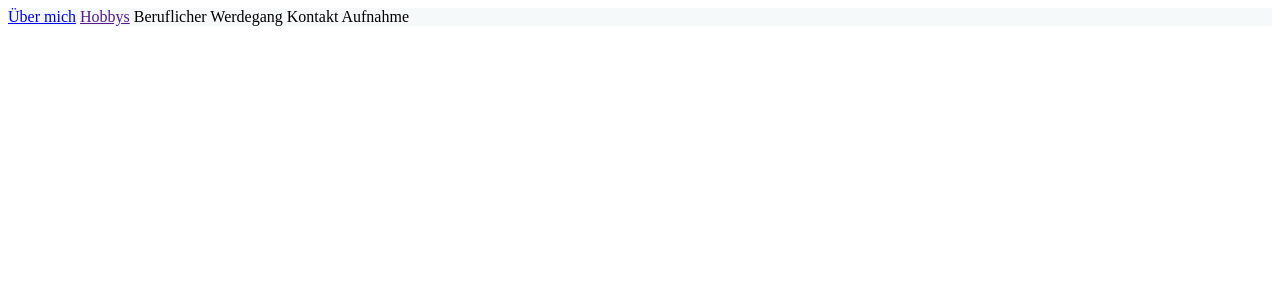
Repository: Ava-VictoriaCrivello/website
Page: index.html
These files come from the project's save history. The page is drawn as it stood at one moment and after the next save; the edit follows.
The browser window is 1280 px wide. The pictures show the whole page.

Above is the page before, as saved 2022-05-29 11:44:30.

### index.html
<!DOCTYPE html>
<html lang="en">
  <head>
    <meta charset="UTF-8" />
    <meta http-equiv="X-UA-Compatible" content="IE=edge" />
    <meta name="viewport" content="width=device-width, initial-scale=1.0" />
    <title>website</title>
    <link rel="stylesheet" href="style.css" />
  </head>
  <body>

    <header>

                <a class="button" href="#Übermich">Über mich</a>
                <a class="button" href="">Hobbys</a>
                <a class="button">Beruflicher Werdegang</a>
                <a class="button">Kontakt Aufnahme</a>


      </header>


</header>
  </body>
</html>

### style.css
header {
  background-color: rgb(245, 249, 249);
}

After the next save:
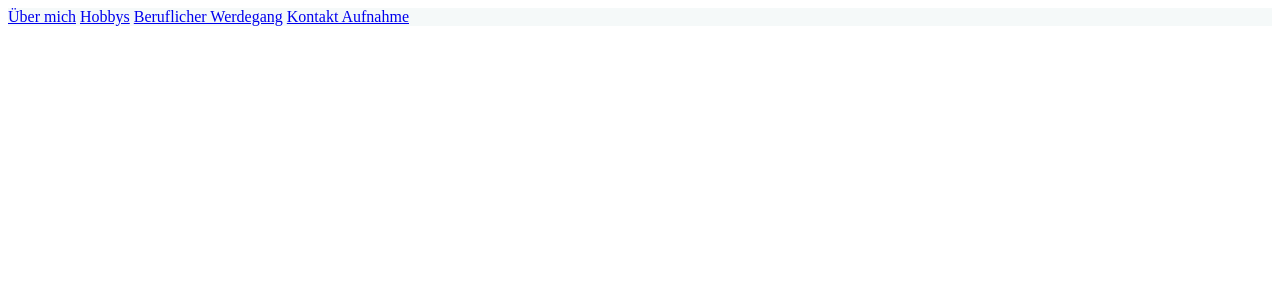
Saved 3 min 2 s later.
--- a/index.html
+++ b/index.html
@@ -11,10 +11,10 @@
 
     <header>
 
-                <a class="button" href="#Übermich">Über mich</a>
-                <a class="button" href="">Hobbys</a>
-                <a class="button">Beruflicher Werdegang</a>
-                <a class="button">Kontakt Aufnahme</a>
+                <a class="button" href="#aboutme">Über mich</a>
+                <a class="button" href="#hobbys">Hobbys</a>
+                <a class="button"href="#work">Beruflicher Werdegang</a>
+                <a class="button" href="#contact">Kontakt Aufnahme</a>
 
 
       </header>
